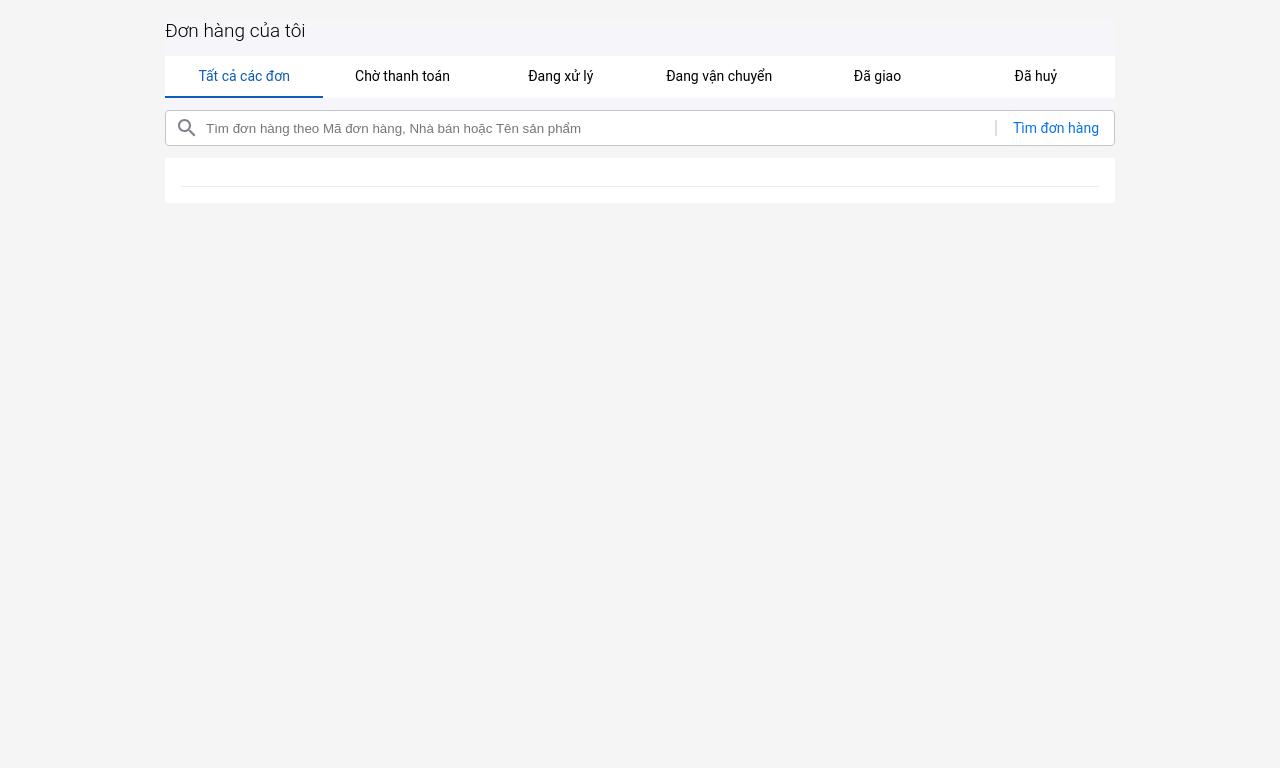
Repository: baopham2-tiki/tiki-order-listing
Page: /oderApp
An editor plug-in stored every save of this project. The page is shown before and after the next save, followed by the edit.
The browser window is 1280 px wide. The pictures show the whole page.
The project was rebuilt for these pictures with package versions that can differ from the ones it lists, and the page was loaded fresh each time. The framework's server and built-in components were replaced by stand-ins that run in the browser. Also part of the build but not shown: next.config.js.

Above is the page before, as saved 2022-11-10 09:18:27.

### pages/_app.tsx
import '../styles/globals.css'
import type { AppProps } from 'next/app'
import { store } from '../store'
import { Provider } from 'react-redux'

export default function App({ Component, pageProps }: AppProps) {
  return (
    <Provider store={store}>
      <Component {...pageProps} />
    </Provider>
  )
}

### pages/oderApp.tsx
import React, { useEffect } from 'react'
import styled from 'styled-components'
import OderList from '../components/OderList'

const StyledOrderApp = styled.div`
  max-width: 950px;
  margin: 0 auto;
  background-color: #f5f5fa;
`
const Heading = styled.div`
  font-size: 19px;
  line-height: 21px;
  font-weight: 300;
  margin: 20px 0px 15px;
`
const StyledTabs = styled.div`
  cursor: pointer;
  background: rgb(255, 255, 255);
  width: 100%;
  display: flex;
  flex-direction: row;
  overflow: hidden;
  position: sticky;
  top: 0px;
  z-index: 10;
  .tab-pend {
    width: 16.6667%;
    padding: 12px 0px;
    text-align: center;
  }
  .tab-pend.active {
    border-bottom: 2px solid rgb(13, 92, 182);
    color: rgb(13, 92, 182);
  }
`

const StyledInput = styled.div`
  width: 100%;
  position: relative;
  margin: 12px 0px;
  .icon-left {
    position: absolute;
    left: 10px;
    top: 50%;
    transform: translateY(-50%);
    width: 24px;
    height: 24px;
  }
  .input {
    padding-left: 40px !important;
    transition: border-color 0.15s ease-in-out 0s, box-shadow 0.15s ease-in-out 0s,
      -webkit-box-shadow 0.15s ease-in-out 0s;
    height: 36px;
    width: 100%;
    border-radius: 4px;
    padding: 10px 12px;
    line-height: 20px;
    outline: none;
    flex: 1 1 0%;
    border: 1px solid rgb(196, 196, 207);
  }
  .search-right {
    position: absolute;
    right: 10px;
    top: 50%;
    transform: translateY(-50%);
    color: rgb(11, 116, 229);
    padding: 0px 6px 0px 16px;
    border-left: 2px solid rgb(221, 221, 227);
    cursor: pointer;
  }
`
export default function oderApp() {
  const [activeTab, setActiveTab] = React.useState(0)
  const [search, setSearch] = React.useState('')

  useEffect(() => {
    const activeTabs = document.querySelectorAll('.tab-pend')
    console.log(activeTabs)

    activeTabs.forEach((tab) => {
      tab.addEventListener('click', () => {
        activeTabs.forEach((styledOderTabs) => {
          styledOderTabs.classList.remove('active')
        })
        tab.classList.add('active')
      })
    })
  }, [])

  return (
    <StyledOrderApp>
      <Heading>Đơn hàng của tôi</Heading>
      <StyledTabs>
        <div className="tab-pend active">Tất cả các đơn</div>
        <div className="tab-pend">Chờ thanh toán</div>
        <div className="tab-pend">Đang xử lý</div>
        <div className="tab-pend">Đang vận chuyển</div>
        <div className="tab-pend">Đã giao</div>
        <div className="tab-pend">Đã huỷ</div>
      </StyledTabs>
      <StyledInput>
        <svg
          stroke="currentColor"
          fill="currentColor"
          stroke-width="0"
          viewBox="0 0 24 24"
          color="#808089"
          className="icon-left"
          height="1em"
          width="1em"
          xmlns="http://www.w3.org/2000/svg"
        >
          <path d="M15.5 14h-.79l-.28-.27C15.41 12.59 16 11.11 16 9.5 16 5.91 13.09 3 9.5 3S3 5.91 3 9.5 5.91 16 9.5 16c1.61 0 3.09-.59 4.23-1.57l.27.28v.79l5 4.99L20.49 19l-4.99-5zm-6 0C7.01 14 5 11.99 5 9.5S7.01 5 9.5 5 14 7.01 14 9.5 11.99 14 9.5 14z"></path>
        </svg>
        <input
          name="search"
          placeholder="Tìm đơn hàng theo Mã đơn hàng, Nhà bán hoặc Tên sản phẩm"
          type="search"
          className="input with-icon-left"
        ></input>
        <div className="search-right">Tìm đơn hàng</div>
      </StyledInput>
      <OderList />
    </StyledOrderApp>
  )
}

### styles/globals.css
html,
body {
  padding: 0;
  margin: 0;
  font-family: -apple-system, BlinkMacSystemFont, Segoe UI, Roboto, Oxygen, Ubuntu, Cantarell,
    Fira Sans, Droid Sans, Helvetica Neue, sans-serif;
  background-color: #f5f5f5;
  font-family: Roboto, Helvetica, Arial, sans-serif;
  font-size: 14px;
}

a {
  color: inherit;
  text-decoration: none;
}

* {
  box-sizing: border-box;
}

@media (prefers-color-scheme: dark) {
  html {
    color-scheme: dark;
  }
  body {
    color: white;
    background: black;
  }
}

### store.ts
import { configureStore } from '@reduxjs/toolkit';
import counterReducer from './slices/counterSlice';

export const store = configureStore({
  reducer: {
    counter: counterReducer,
  },
});
// Infer the `RootState` and `AppDispatch` types from the store itself
export type RootState = ReturnType<typeof store.getState>;
// Inferred type: {posts: PostsState, comments: CommentsState, users: UsersState}
export type AppDispatch = typeof store.dispatch;

### components/OderList.jsx
import React from 'react';
import styled from 'styled-components'

const OrderList = styled.div`
    height: auto;
    overflow: auto;
    display: flex;
    flex-direction: column;
    min-height: calc(100vh - 110px);
    float: left;
    width: 950px;
    position: relative;
    transition-property: transform;
    left: 0px;
    transition-duration: 0ms;
    transform: translate(0px, 0px) translateZ(0px);
    overflow: hidden;
    position: relative;
`
const StyledOrder = styled.div`
    background: rgb(255, 255, 255);
    border-radius: 4px
    font-size: 13px;
    margin-bottom: 20px;
    padding: 16px;

`
const OrderHeader = styled.div`
    border-bottom: 1px solid rgb(235, 235, 240);
    padding-bottom: 12px;
    color: rgb(0, 171, 86);
    font-size: 14px;
    font-weight: 500;
    line-height: 20px;`

const StatusOrder = styled.div`
display: flex;
    flex-direction: column;
`
const OderList = () => {
    return (
        <OrderList>
            <StyledOrder>
                <OrderHeader>
                    <StatusOrder></StatusOrder>
                </OrderHeader>
            </StyledOrder>
        </OrderList>
    );
};

export default OderList;

### slices/counterSlice.ts
import { createSlice } from '@reduxjs/toolkit';
import type { PayloadAction } from '@reduxjs/toolkit';

export interface CounterState {
  value: number;
}

const initialState: CounterState = {
  value: 0,
};

export const counterSlice = createSlice({
  name: 'counter',
  initialState,
  reducers: {
    increment: (state) => {
      state.value += 1;
    },
    decrement: (state) => {
      state.value -= 1;
    },
    incrementByAmount: (state, action: PayloadAction<number>) => {
      state.value += action.payload;
    },
  },
});

// Action creators are generated for each case reducer function
export const { increment, decrement, incrementByAmount } = counterSlice.actions;

export default counterSlice.reducer;

After the next save:
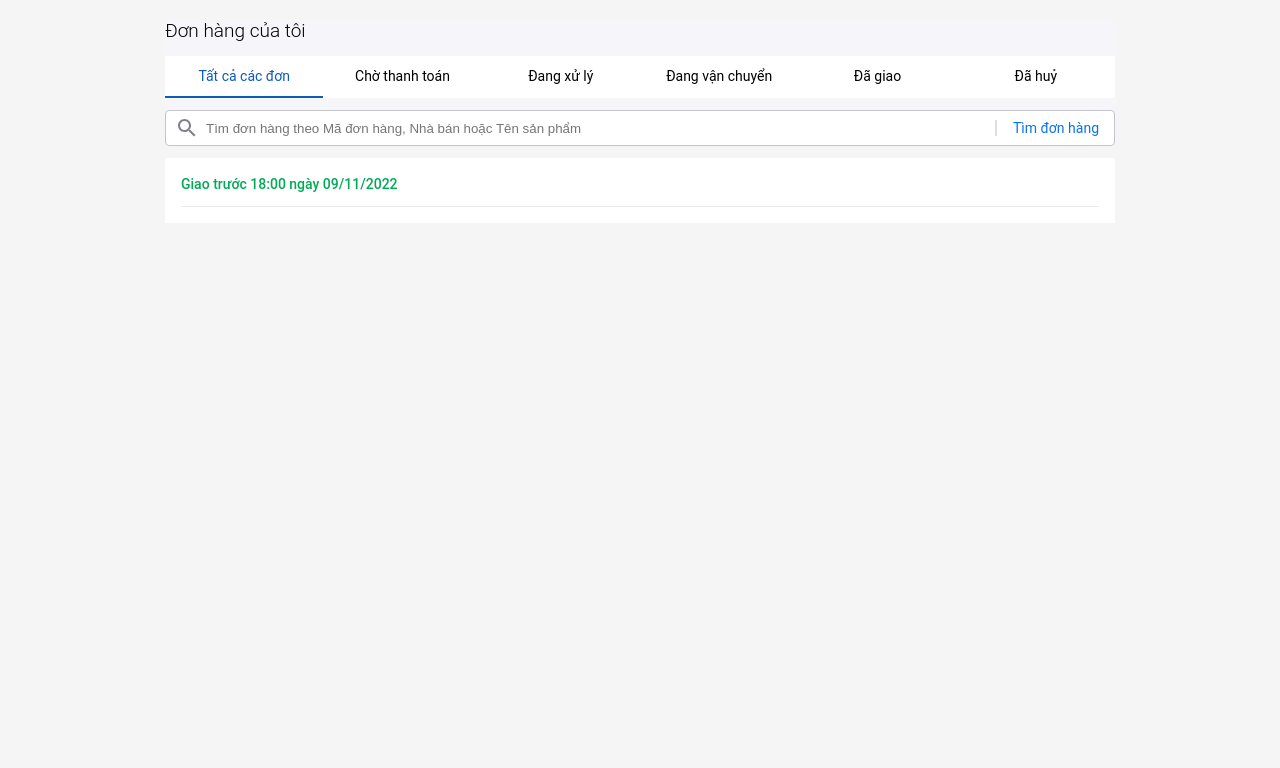
Saved 38 s later.
--- a/components/OderList.jsx
+++ b/components/OderList.jsx
@@ -37,12 +37,13 @@ const StatusOrder = styled.div`
 display: flex;
     flex-direction: column;
 `
+
 const OderList = () => {
     return (
         <OrderList>
             <StyledOrder>
                 <OrderHeader>
-                    <StatusOrder></StatusOrder>
+                    <StatusOrder><span>Giao trước 18:00 ngày 09/11/2022</span></StatusOrder>
                 </OrderHeader>
             </StyledOrder>
         </OrderList>
